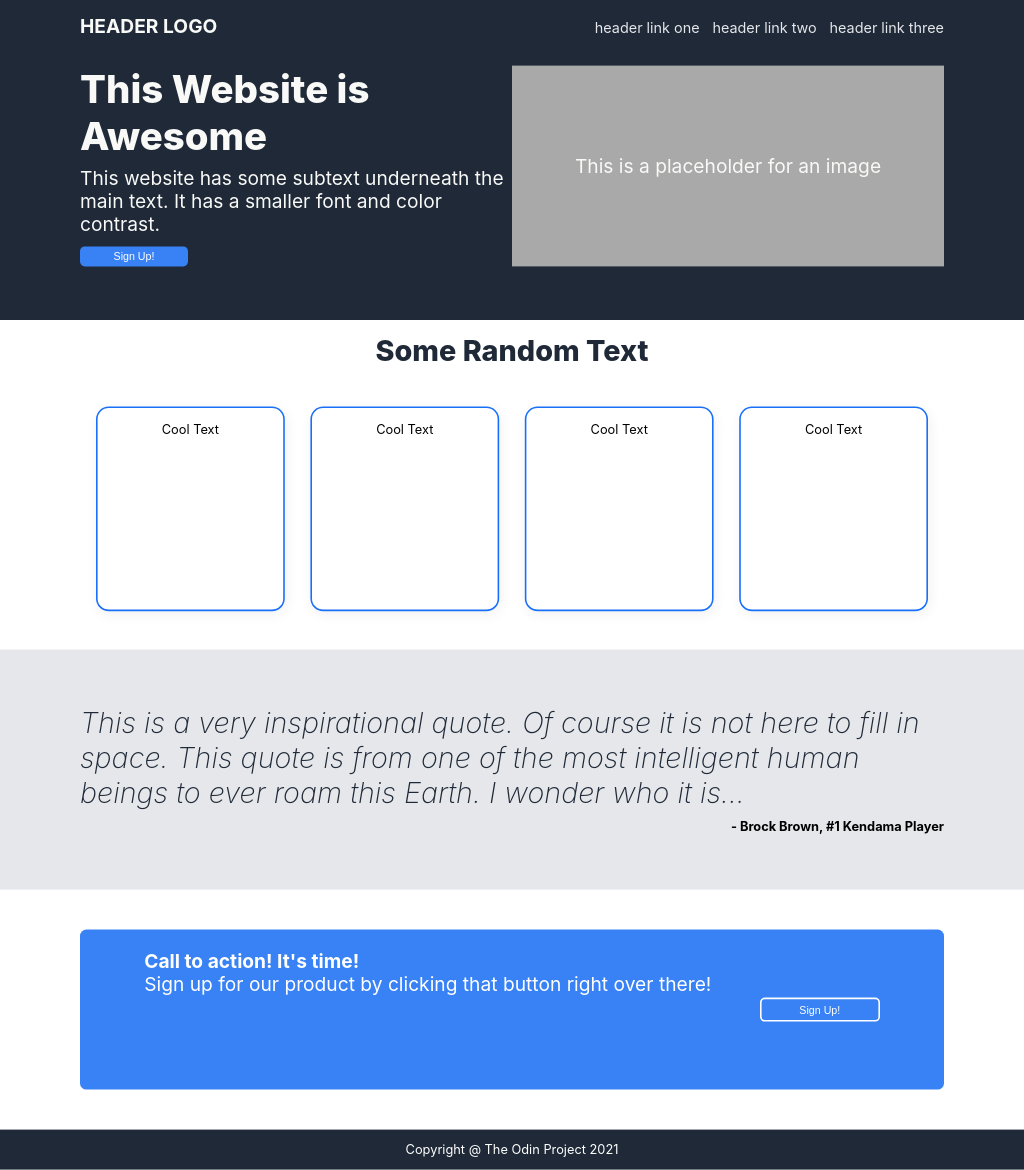
Repository: bbrockbrown/landing-page
Page: index.html
An editor plug-in stored every save of this project. The page is shown before and after the next save, followed by the edit.
The browser window is 1280 px wide. The pictures show the whole page, at 80% of full size.

Above is the page before, as saved 2024-07-24 16:21:24.

After the next save:
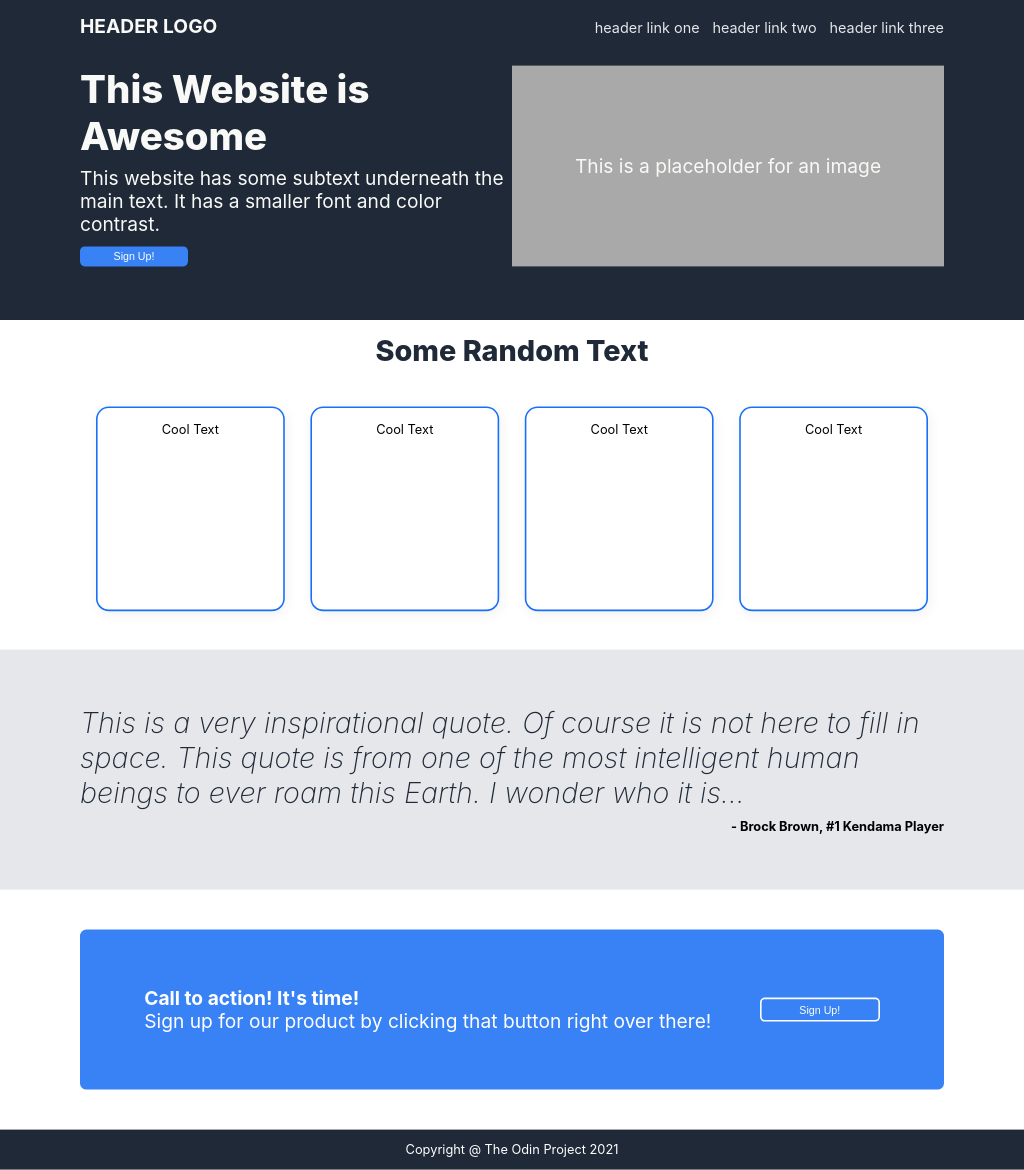
Saved 12 s later.
--- a/styles.css
+++ b/styles.css
@@ -148,6 +148,7 @@ a {
 .sign-up-text {
     color: white;
     font-size: 24px;
+    align-self: center;
 }
 
 .action {
